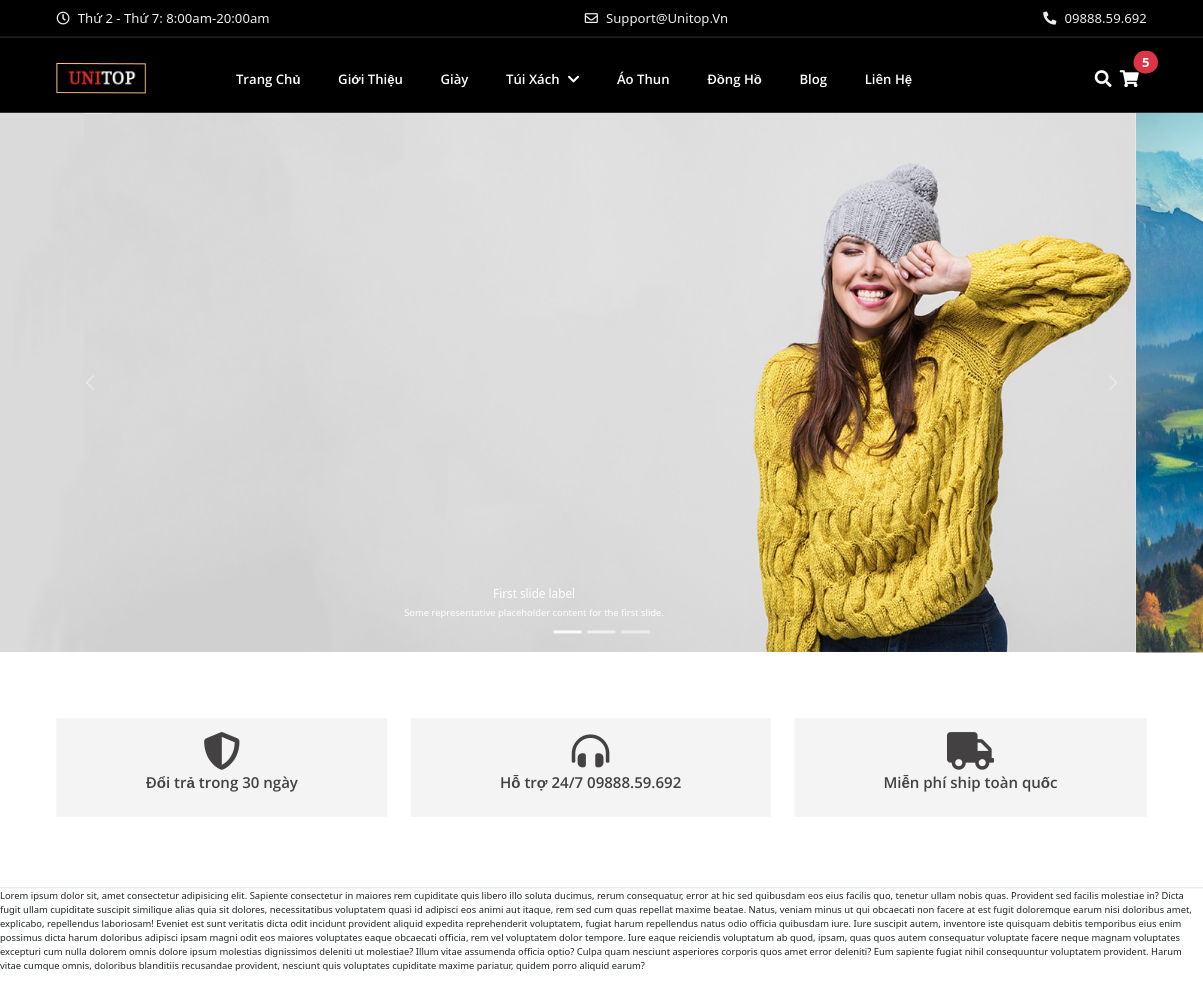
Repository: vinhtk0209/clothes-shop
Page: index.html
These files come from the project's save history. The page is drawn as it stood at one moment and after the next save; the edit follows.
The browser window is 1280 px wide. The pictures show the whole page, at 94% of full size.

Above is the page before, as saved 2021-10-04 17:59:34.

### index.html
<!DOCTYPE html>
<html lang="en">
  <head>
    <meta charset="UTF-8" />
    <meta http-equiv="X-UA-Compatible" content="IE=edge" />
    <meta name="viewport" content="width=device-width, initial-scale=1.0" />
    <title>UNI-SHOP</title>
    <link rel="stylesheet" href="assets/css/reset.css" />
    <link rel="stylesheet" href="assets/fontawesome/css/all.css" />
    <link rel="stylesheet" href=" assets/boostrap/css/bootstrap.min.css" />
    <link rel="preconnect" href="https://fonts.googleapis.com" />
    <link rel="preconnect" href="https://fonts.gstatic.com" crossorigin />
    <link
      href="https://fonts.googleapis.com/css2?family=Open+Sans:wght@400;600;700&display=swap"
      rel="stylesheet"
    />
    <script src="assets/js/jquery.min.js"></script>
    <link rel="stylesheet" href="assets/css/main.css" />
  </head>
  <body>
    <div id="wrapper">
      <div id="header">

          <div class="header-info">
            <div class="container-1160">
            <ul
              class="
                list-info list-unstyled
                d-flex
                justify-content-between
                align-items-center
              "
            >
              <li>
                <p class="header-descr time-contact">
                  <span class="icon-time">
                    <!-- icon time -->
                    <i class="far fa-clock"></i>
                  </span>
                  <span class="descr-time ps-2 descr"
                    >thứ 2 - thứ 7: 8:00am-20:00am</span
                  >
                </p>
              </li>
              <li>
                <p class="header-descr email-contact">
                  <span class="icon-email">
                    <!-- icon email -->
                    <i class="far fa-envelope"></i>
                  </span>
                  <span class="descr-email ps-2 descr"> support@unitop.vn </span>
                </p>
              </li>
              <li>
                <p class="header-descr phone-number">
                  <span class="icon-phone">
                    <!-- icon phone -->
                    <i class="fas fa-phone-alt"></i>
                  </span>
                  <span class="descr-phone ps-2 descr"> 09888.59.692 </span>
                </p>
              </li>
            </ul>
          </div>
          </div>
          <!-- END HEADER-INFO -->
          <div
            class="header-menu d-flex align-items-center container-1160"

          >

            <div class="header-menu-logo mr-95">
              <a href="" class="logo-link">
                <img src="assets/images/logo.png" alt="logo" />
              </a>
            </div>
            <div class="header-menu-list ">
              <ul
                class="
                  list-menu
                  d-flex

                  align-items-center list-unstyled
                "
              >
                <li>
                  <a href="" class="list-name text-decoration-none">Trang chủ</a>
                </li>
                <li>
                  <a href="" class="list-name text-decoration-none">Giới thiệu</a>
                </li>
                <li>
                  <a href="" class="list-name text-decoration-none">Giày</a>
                </li>
                <li class="position-relative list-product">
                  <a href="" class="list-name text-decoration-none "
                    >Túi xách
                    <span class="icon-arrow-down ps-2">
                      <!-- icon arrow down -->
                      <i class="fas fa-chevron-down"></i>
                    </span></a
                  >

                  <ul class="sub-menu list-unstyled position-absolute  bg-submenu ">

                    <li>
                      <a href="" class="text-decoration-none color-submenu ">
                        túi xách tay nữ
                      </a>
                    </li>
                    <li>
                      <a href="" class="text-decoration-none  color-submenu">
                        túi đeo chéo nữ
                      </a>
                    </li>
                    <li>
                      <a href="" class="text-decoration-none color-submenu">
                        túi bản to
                      </a>
                    </li>
                    <li>
                      <a href="" class="text-decoration-none color-submenu">
                        túi đeo vai
                      </a>
                    </li>
                  </ul>
                </li>
                <li>
                  <a href="" class="list-name text-decoration-none">áo thun</a>
                </li>
                <li>
                  <a href="" class="list-name text-decoration-none">đồng hồ</a>
                </li>
                <li>
                  <a href="" class="list-name text-decoration-none">blog</a>
                </li>
                <li>
                  <a href="" class="list-name text-decoration-none">liên hệ</a>
                </li>
              </ul>
            </div>
            <!-- END MENU-LIST -->
            <div
              class="
                header-menu-function
                d-flex
                justify-content-between
                align-items-center
                ms-auto
              "
            >
              <div class="icon-search text-white ">
                <span class="search fs-18">
                  <!-- icon search -->
                  <span><i class="fas fa-search"></i></span>
                </span>
              </div>
              <div class="icon-cart">
                <a
                  href=""
                  class="btn text-white position-relative"
                >
                  <span class="fs-18">
                    <!-- icon cart  -->
                    <i class="fas fa-shopping-cart"></i>
                  </span>
                  <span
                    class="
                      position-absolute
                      top-0
                      start-100
                      translate-middle
                      badge
                      rounded-pill
                      bg-danger
                      fs-14
                    "
                  >
                    5
                  </span>
                </a>
              </div>
            </div>
          </div>
          <!-- END HEADER MENU -->
        </div>
      </div>
      <div id="slide" class="slide">
        <div id="carouselExampleIndicators" class="carousel slide" data-bs-ride="carousel">
          <div class="carousel-indicators">
            <button type="button" data-bs-target="#carouselExampleIndicators" data-bs-slide-to="0" class="active bg-btn-slide" aria-current="true" aria-label="Slide 1"></button>
            <button type="button" data-bs-target="#carouselExampleIndicators" data-bs-slide-to="1" aria-label="Slide 2 "
            class="bg-btn-slide"></button>
            <button type="button" data-bs-target="#carouselExampleIndicators" data-bs-slide-to="2" aria-label="Slide 3"
            class="bg-btn-slide"></button>
          </div>
          <div class="carousel-inner">
            <div class="carousel-item active" class="">
              <img src="assets/images/slide-1.png" class="d-block w-100" alt="...">
              <div class="carousel-caption d-none d-md-block">
                <h5>First slide label</h5>
                <p>Some representative placeholder content for the first slide.</p>
              </div>
            </div>
            <div class="carousel-item">
              <img src="assets/images/slide-2.jpg" class="d-block w-100" alt="...">
            </div>
            <div class="carousel-item">
              <img src="assets/images/slide-3.png" class="d-block w-100" alt="...">
            </div>
          </div>
          <button class="carousel-control-prev" type="button" data-bs-target="#carouselExampleIndicators" data-bs-slide="prev">
            <span class="carousel-control-prev-icon" aria-hidden="true"></span>
            <span class="visually-hidden">Previous</span>
          </button>
          <button class="carousel-control-next" type="button" data-bs-target="#carouselExampleIndicators" data-bs-slide="next">
            <span class="carousel-control-next-icon" aria-hidden="true"></span>
            <span class="visually-hidden">Next</span>
          </button>
        </div>
        <!-- CARD INFO -->
          <!-- <div class="card-img-overlay card-descr text-center">
            <p class="discount fs-18 fw-bold color-p-card-discount">Giảm Giá 30%</p>
            <h4 class="product-name fw-bold">
              ÁO LEN HÀN QUỐC
            </h4>
            <p class="descr fs-18 color-p-card-descr fw-regular   ">
              Lorem ipsum dolor sit amet, consectetur adipiscing elit, sed do eiusmod tempor incididunt ut labore et dolore magna aliqua. Quis
            </p>
            <button type="button" class="btn btn-dark btn-buynow fs-18 text-button fw-regular pd-btn">Mua ngay</button>
          </div> -->
      </div>
      <!-- END SLIDE -->
      <div id="special-offer " class="special-offer pd-bottom-75  border-bottom" >
        <div class="container-1160 d-flex justify-content-between align-items-center text-center">
          <div class="return-time box-offer">
            <span class="icon-return-time d-block ">
              <!-- icon return  -->
              <i class="fas fa-shield-alt fs-40"></i>
            </span>
            <p class="special__offer--descr m-0 ">
              Đổi trả trong 30 ngày
            </p>
          </div>
          <!-- END RETURN TIME -->
          <div class="special__offer--support-phone box-offer">
            <span class="icon-return-time d-block ">
              <!-- icon headphone  -->
              <i class="fas fa-headphones-alt fs-40"></i>

            </span>
            <p class="special__offer--descr m-0 ">
              Hỗ trợ 24/7 09888.59.692
            </p>
          </div>
          <!-- END SUPPORT PHONE -->
          <div class="special__offer--freeship box-offer">
            <span class="icon-return-time d-block ">
              <!-- icon truck  -->
              <i class="fas fa-truck fs-40"></i>
            </span>
            <p class="special__offer--descr m-0 ">
              Miễn phí ship toàn quốc
            </p>
          </div>
          <!-- END FREESHIP -->
        </div>
      </div>
      <!-- END SPECIAL OFFER -->
      <!-- END HEADER -->
      <div id="content">
       <p>Lorem ipsum dolor sit, amet consectetur adipisicing elit. Sapiente consectetur in maiores rem cupiditate quis libero illo soluta ducimus, rerum consequatur, error at hic sed quibusdam eos eius facilis quo, tenetur ullam nobis quas. Provident sed facilis molestiae in? Dicta fugit ullam cupiditate suscipit similique alias quia sit dolores, necessitatibus voluptatem quasi id adipisci eos animi aut itaque, rem sed cum quas repellat maxime beatae. Natus, veniam minus ut qui obcaecati non facere at est fugit doloremque earum nisi doloribus amet, explicabo, repellendus laboriosam! Eveniet est sunt veritatis dicta odit incidunt provident aliquid expedita reprehenderit voluptatem, fugiat harum repellendus natus odio officia quibusdam iure. Iure suscipit autem, inventore iste quisquam debitis temporibus eius enim possimus dicta harum doloribus adipisci ipsam magni odit eos maiores voluptates eaque obcaecati officia, rem vel voluptatem dolor tempore. Iure eaque reiciendis voluptatum ab quod, ipsam, quas quos autem consequatur voluptate facere neque magnam voluptates excepturi cum nulla dolorem omnis dolore ipsum molestias dignissimos deleniti ut molestiae? Illum vitae assumenda officia optio? Culpa quam nesciunt asperiores corporis quos amet error deleniti? Eum sapiente fugiat nihil consequuntur voluptatem provident. Harum vitae cumque omnis, doloribus blanditiis recusandae provident, nesciunt quis voluptates cupiditate maxime pariatur, quidem porro aliquid earum?</p>
      </div>
      <!-- END CONTENT -->
      <div id="footer"></div>
      <!-- END FOOTER -->
    </div>
    <!-- END WRAPPER -->
    <script src="assets/js/bootstrap.bundle.min.js"></script>
    <script src="assets/js/popper.min.js"></script>
  </body>
</html>

### assets/css/main.css
* {
    margin: 0;
    padding: 0;
    box-sizing: inherit;
}
html{
    font-family: 'Open Sans', sans-serif;
    font-size: 62.5%;
    line-height: 1.5;
    box-sizing: border-box;
}
.container-1160 {
    width: 1160px;
    margin:0px auto;
}
ul{
    margin: 0;
    padding: 0;
}
.mr-95{
    margin-right:95px;
}
.outline-none{
    outline: none!important;
}
.fs-14{
    font-size: 14px;
}
.fs-18{
    font-size: 18px;
}
.fs-40{
    font-size: 40px;
}
.bg-submenu{
    background-color: #f9f9f9;
}
.color-submenu{
    color: #5c5b5b ;
}
.color-p-card-discount{
    color:#000000;
}
.color-p-card-descr{
    color:#343434;
}
.text-button{
    color:#efefef;
}
.fw-regular{
    font-weight: 400;
}
.pd-btn{
    padding:5px 25px;
}
.pd-bottom-75{
    padding-bottom: 75px;
}
.bg-btn-slide:hover{
    background-color: #e2524a!important ;
}
.fw-semibold{
    font-weight: 600;
}

/* =========================== HEADER ===========================*/
#header {
    min-height: 120px;
    background-color: #000000;
    padding: 8px 0px 0px 0px;
    text-transform: capitalize;
    width:100%;
}
.header-info{

    color:#eeeeee;
    font-weight: 400 ;
    font-size: 1.4rem;
    border-bottom:1px solid #363636;
    margin-bottom: 25px;
}

.header-menu-list ul.list-menu > li + li{
    padding-left:40px;

}
.header-menu-list ul li a.list-name{
    font-size: 1.4rem;
    color:#ffffff;
    font-weight:600 ;
    font-family: 'Open Sans', sans-serif;
    transition: all 0.5s ease-in-out;
}
.header-menu-list ul li a.list-name:hover{
    color:#e2524a ;
}
ul.list-menu li:hover>ul.sub-menu{
    opacity: 1;
    visibility: visible;

}
ul.sub-menu {
    z-index: 9999;
   min-width: 200px;
   min-height: 133px;
   padding:18px 0 20px 0;
   box-sizing: border-box;
   top:50px;
   opacity: 0;
   visibility: hidden;
   transition: all 0.5s ease-in-out;

}

ul.sub-menu li{
    padding-left:25px;

}
ul.sub-menu li a{
    font-family: 'Roboto Condensed', sans-serif;
    display: block;
    font-weight: 400;
    font-size: 1.4rem;
    margin-bottom: 10px;
    transition: all 0.5s ease-in-out;
}

ul.sub-menu li a:hover{
    color:#e2524a ;
}

/* ======================= END HEADER =======================*/

/* ======================= SLIDER =======================*/
.slide{
    /* height:700px; */
    position: relative;
    margin-bottom: 70px;
}
.card-descr{
    position: absolute;
    top:235px;
    left:340px;
    max-width:535px;
    min-height:285px;
    font-family: "Myriad Pro", sans-serif;
}

.card-descr h4.product-name{
    font-size: 5rem;
    font-family: 'Roboto Condensed', sans-serif;
    color:#e2524a;
}
/* ======================= END SLIDER =======================*/

/* ======================= SPECIAL OFFER =======================*/
.special-offer{
    /* height:600px; */

}
.box-offer{
    background-color: #f4f4f4;
    padding:  15px  95px  25px  ;
    font-size: 1.6rem;
    color:#434141;
    font-weight: 600;
    font-family: 'Open Sans', sans-serif;
}
.box-offer:hover{
    color:#e2524a;

}

Loaded but not shown: assets/fontawesome/css/all.css (library); assets/boostrap/css/bootstrap.min.css (library); assets/js/jquery.min.js (library); assets/js/bootstrap.bundle.min.js (library); assets/js/popper.min.js (library); assets/css/reset.css (349 lines, source omitted)

After the next save:
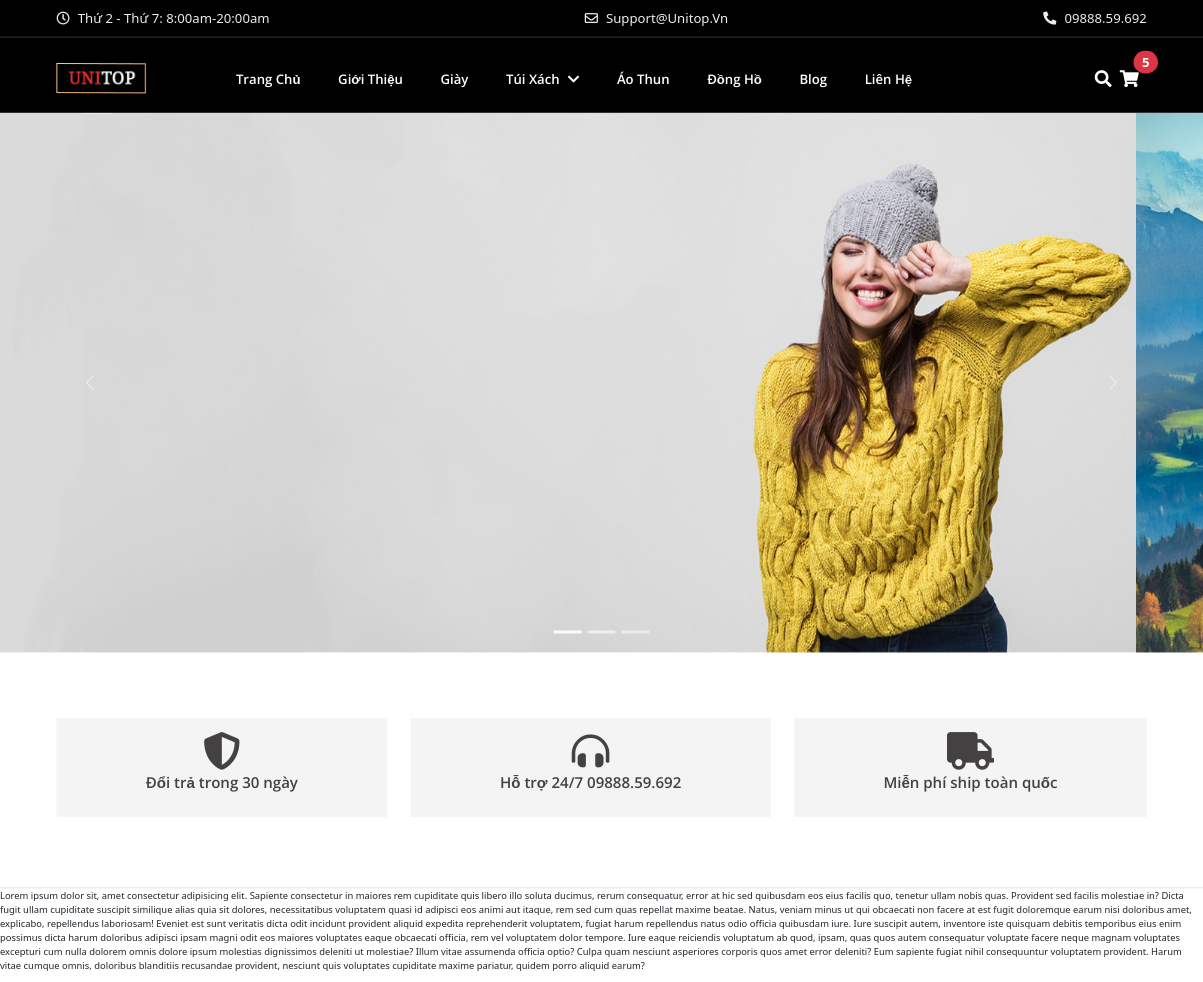
Saved 13 s later.
--- a/index.html
+++ b/index.html
@@ -197,7 +197,7 @@
           <div class="carousel-inner">
             <div class="carousel-item active" class="">
               <img src="assets/images/slide-1.png" class="d-block w-100" alt="...">
-              <div class="carousel-caption d-none d-md-block">
+              <div class="carousel-caption d-none ">
                 <h5>First slide label</h5>
                 <p>Some representative placeholder content for the first slide.</p>
               </div>

After the save that followed:
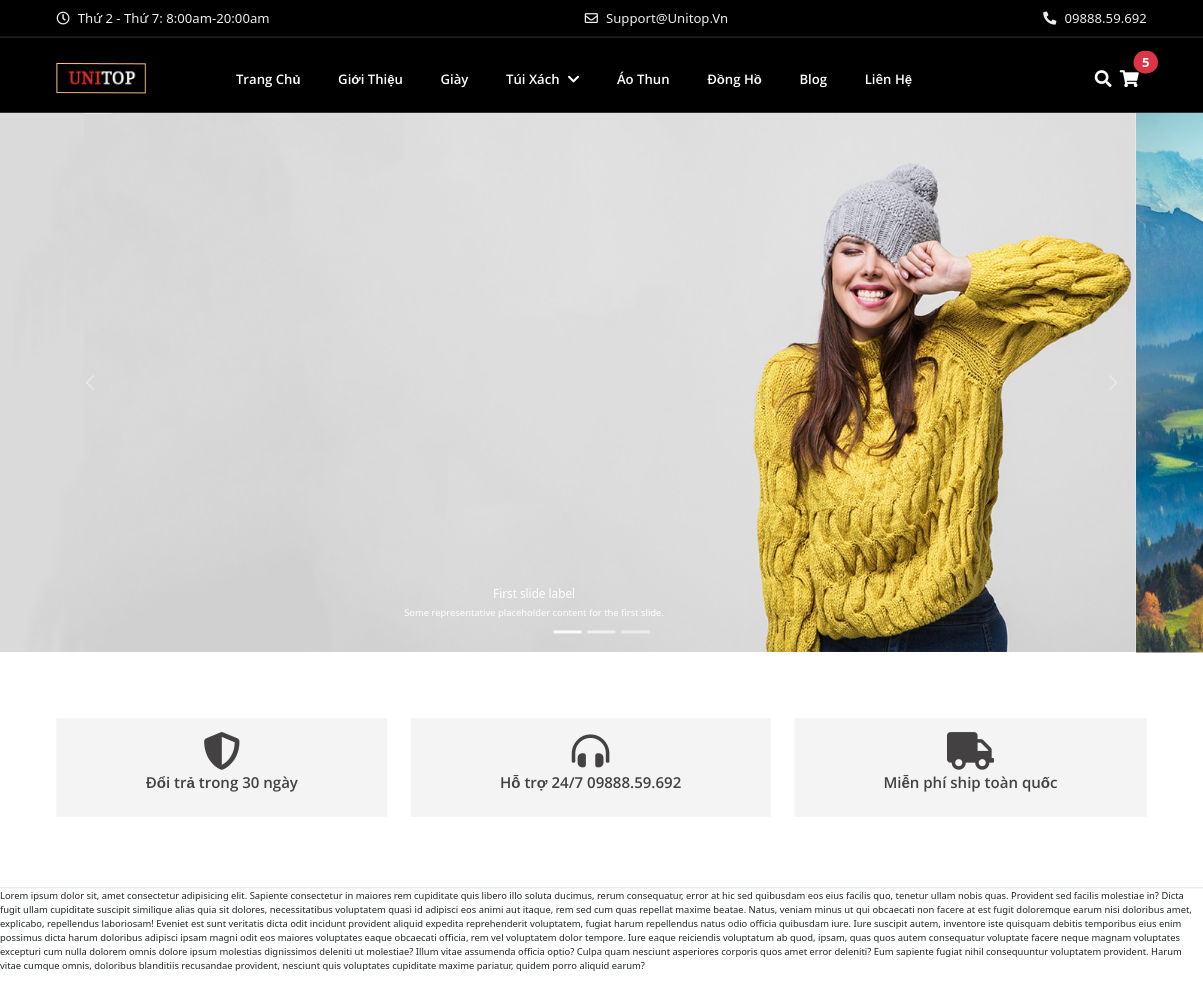
Saved 4 s later.
--- a/index.html
+++ b/index.html
@@ -197,7 +197,7 @@
           <div class="carousel-inner">
             <div class="carousel-item active" class="">
               <img src="assets/images/slide-1.png" class="d-block w-100" alt="...">
-              <div class="carousel-caption d-none ">
+              <div class="carousel-caption d-none d-md-block">
                 <h5>First slide label</h5>
                 <p>Some representative placeholder content for the first slide.</p>
               </div>
